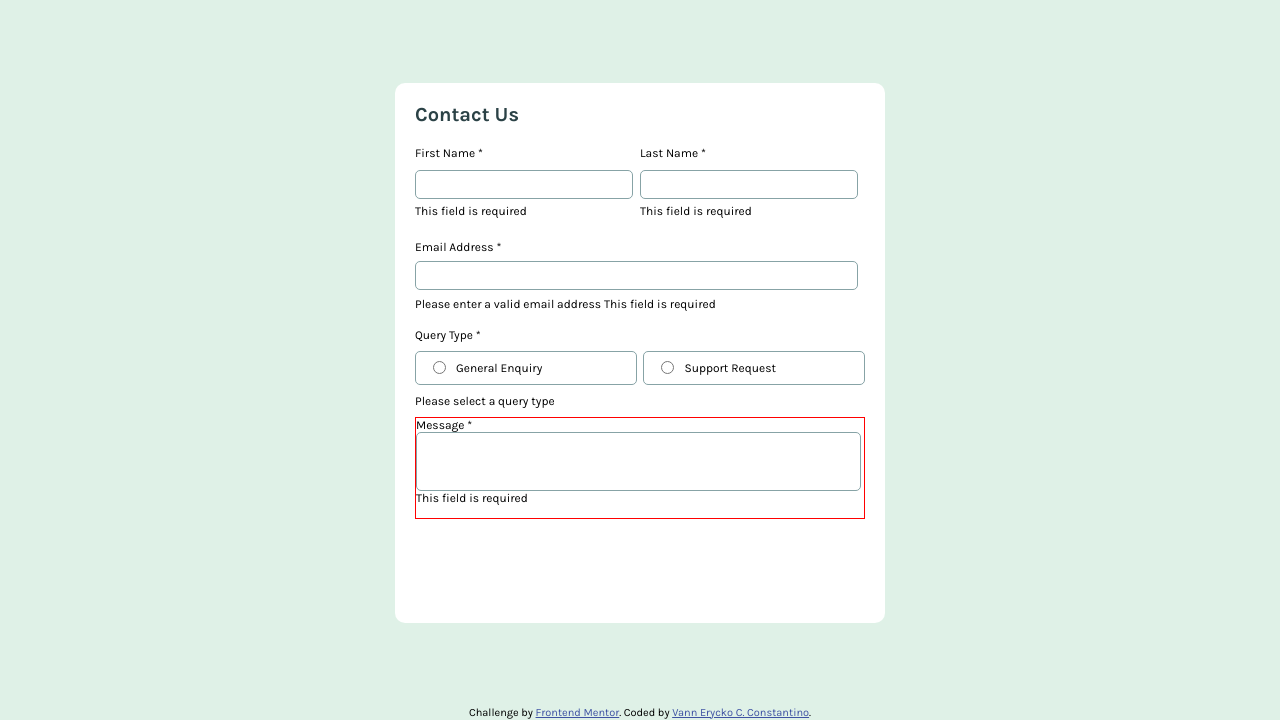
Repository: kocokoy/contact-form
Page: contact-form-main/index.html
The author's editor kept a copy of each file at every save. The page is drawn from the files as they stood at one save, then again after the next save.
The browser window is 1280 px wide. The pictures show the whole page.

Above is the page before, as saved 2024-10-24 10:42:44.

### contact-form-main/index.html
<!DOCTYPE html>
<html lang="en">
<head>
  <meta charset="UTF-8">
  <meta name="viewport" content="width=device-width, initial-scale=1.0"> <!-- displays site properly based on user's device -->

  <link rel="icon" type="image/png" sizes="32x32" href="./assets/images/favicon-32x32.png">
  <link rel="stylesheet" href="/contact-form-main/styles/style.css">
  <link rel="preconnect" href="https://fonts.googleapis.com">
  <link rel="preconnect" href="https://fonts.gstatic.com" crossorigin>
  <link href="https://fonts.googleapis.com/css2?family=Karla:ital,wght@0,200..800;1,200..800&family=Red+Hat+Text:ital,wght@0,300..700;1,300..700&display=swap" rel="stylesheet">
  <title>Frontend Mentor | Contact form</title>

  <!-- Feel free to remove these styles or customise in your own stylesheet 👍 -->
  <style>
    .attribution { font-size: 11px; text-align: center; }
    .attribution a { color: hsl(228, 45%, 44%); }
  </style>
</head>
<body>
  <div class="container">
    <div class="contact-form-card">
      <h1 class="contact-us-header">
        Contact Us
      </h1>
      <div class="name-section">
        <div class="first-name-section">
          <p>
            First Name
            <span>*</span>
          </p>
          <input type="text" name="" id="">
          <p>
            This field is required
          </p>
        </div>
        <div class="last-name-section">
          <p>
            Last Name
            <span>*</span>
          </p>
          <input type="text" name="" id="">
          <p>
            This field is required
          </p>
        </div>
      </div>
      <div class="email-section">
        <p>Email Address  <span>*</span></p>
        <input type="text">
        <p>Please enter a valid email address
          This field is required</p>
      </div>
      <div class="query-type-section">
        <p>Query Type  <span>*</span></p>
        <div class="radio-query-type-section">
          <div class="general-radio-query-type-section">
            <input type="radio">
            General Enquiry
          </div>
          <div class="support-radio-query-type-section">
            <input type="radio">
            Support Request
          </div>
        </div>
        <p>Please select a query type</p>
      </div>
      <div class="message-section">
        <p>Message  <span>*</span></p>
        <input type="text">
        <p>This field is required</p>
      </div>
      <!-- <div class="consent-section">
        <div>
          <input type="radio">
          <p>I consent to being contacted by the team  <span>*</span></p>
        </div>
        <p> To submit this form, please consent to being contacted</p>
      </div>
      <div class="submit-btn-section">
        <button>
          Submit</button>
      </div> -->
    </div>
  </div>




  <!-- Message Sent!
  Thanks for completing the form. We'll be in touch soon! -->

  <div class="attribution">
    Challenge by <a href="https://www.frontendmentor.io?ref=challenge">Frontend Mentor</a>.
    Coded by <a href="#">Vann Erycko C. Constantino</a>.
  </div>
</body>
</html>

### contact-form-main/styles/style.css
:root{
  /* Primary */
  --Green200: hsl(148, 38%, 91%);
  --Green600: hsl(169, 82%, 27%);
  --Red:hsl(0, 66%, 54%);

  --White: hsl(0, 0%, 100%);
  --Grey500: hsl(186, 15%, 59%);
  --Grey900: hsl(187, 24%, 22%);
}

body{
  padding: 0;
  margin: 0;
  background-color: var(--Green200);
  font-family: Karla;
  font-size: 12px;
  font-weight: 400;
}

span {
  font-size: 12px;
}

.container{
  display: flex;
  align-items: center;
  justify-content: center;
  height: 98vh;
}

.contact-form-card{
  display: flex;
  flex-direction: column;
  border: 1px var(--Grey500);
  background-color: var(--White);
  height: 500px;
  width: 450px;
  border-radius: 10px;
  padding: 20px;
}

.contact-us-header{
  padding: 0;
  margin: 0;
  font-weight: 700;
  font-size: 20px;
  color: var(--Grey900);
}

.name-section{
  display: flex;
  flex-direction: row;
  justify-content: space-between;
  padding-top: 15px;
}

.name-section p{
  margin: 5px 0;
  padding-bottom: 5px;
}

.name-section input{
 width: 94%;
 height: 25px;
 border: 1px solid var(--Grey500);
 border-radius: 5px;
}

.first-name-section, .last-name-section{
  width: 100%;
}

.email-section{
  padding-top: 5px;
  display: flex;
  flex-direction: column;
}

.email-section p{
  margin:0;
  padding: 7px 0;
}

.email-section input{
  width: 97%;
  height: 25px;
  border-radius: 5px;
  border: 1px solid var(--Grey500);
}

.query-type-section{
  padding-top: 1px;
  display: flex;
  flex-direction: column;
}

.query-type-section p{
  padding: 9px 0;
  margin: 0;
}

.query-type-section .radio-query-type-section{
  display: flex;
  flex-direction: row;
  justify-content: space-between;
}

.query-type-section .radio-query-type-section input{
  margin: 0 10px 0 17px;
  border-color: red;
}

.general-radio-query-type-section ,.support-radio-query-type-section{
  display: flex;
  flex-direction: row;
  align-items: center;
  height: 32px;
  border-radius: 5px;
  border: 1px solid var(--Grey500);
  width: 48.8%;
}

.message-section{
  border: 1px solid red;
  height: 100px;
}

.message-section p{
 padding: 0;
 margin: 0;
}

.message-section input{
 width: 98%;
 height: 55%;
 border-radius: 5px;
 border: 1px solid var(--Grey500);
}

After the next save:
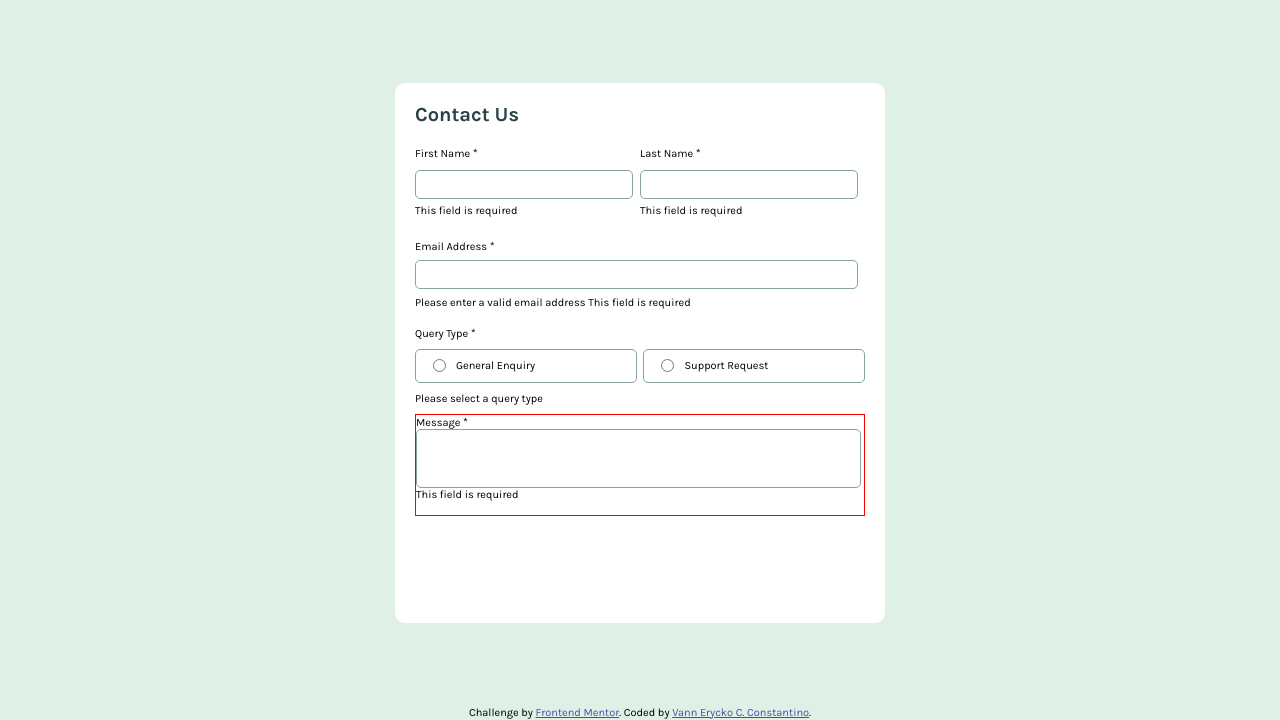
Saved 5 s later.
--- a/contact-form-main/styles/style.css
+++ b/contact-form-main/styles/style.css
@@ -14,7 +14,7 @@ body{
   margin: 0;
   background-color: var(--Green200);
   font-family: Karla;
-  font-size: 12px;
+  font-size: 11px;
   font-weight: 400;
 }
 
